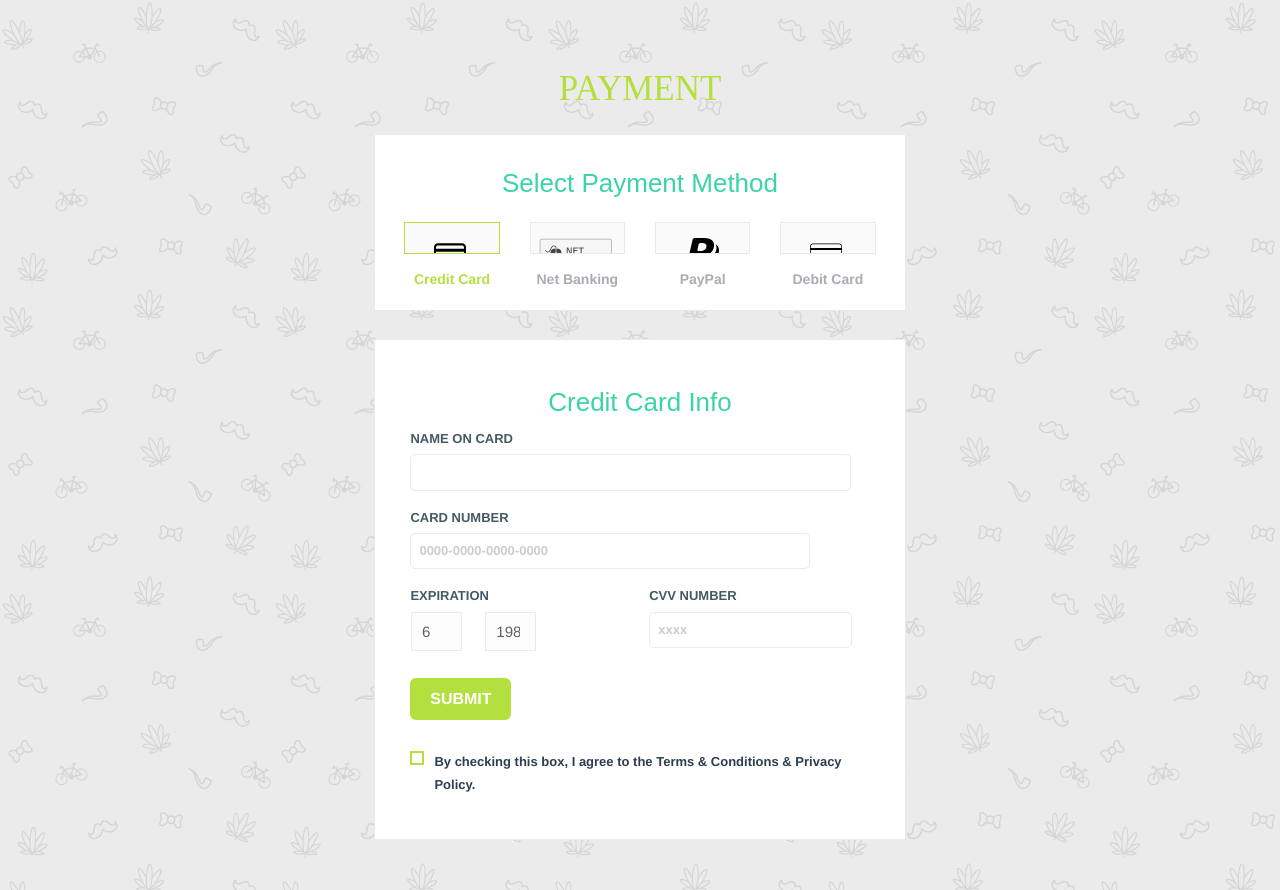
Repository: abinbabu/project-1-final
Page: http://localhost/shoppingcartfront/WEB-INF/views/lastpage.jsp
An editor plug-in stored every save of this project. The page is shown before and after the next save, followed by the edit.
The browser window is 1280 px wide. The pictures show the whole page.
Some web fonts or font styles are not loaded; a fallback is used. The page is served by Tomcat 9. Nobody is signed in. Other server files are loaded and not shown. The template is opened directly, without the code that normally fills it, so the values that code supplies are empty.

Above is the page before, as saved 2016-08-21 09:33:17.

### final complete/shoppingcartfront/src/main/webapp/WEB-INF/views/lastpage.jsp
<%@ page language="java" contentType="text/html; charset=ISO-8859-1"
    pageEncoding="ISO-8859-1"%>
    <%@ taglib prefix="spring" uri="http://www.springframework.org/tags"%>
<%@ taglib uri="http://java.sun.com/jsp/jstl/core" prefix="c"%>
<!DOCTYPE html PUBLIC "-//W3C//DTD HTML 4.01 Transitional//EN" "http://www.w3.org/TR/html4/loose.dtd">
<html>
<head>
<meta http-equiv="Content-Type" content="text/html; charset=ISO-8859-1">
<link href="<c:url value="/resources/css/style.css" />"
	rel="stylesheet">
	<link href='//fonts.googleapis.com/css?family=Fugaz+One' rel='stylesheet' type='text/css'>
<link href='//fonts.googleapis.com/css?family=Alegreya+Sans:400,100,100italic,300,300italic,400italic,500,500italic,700,700italic,800,800italic,900,900italic' rel='stylesheet' type='text/css'>
<link href='//fonts.googleapis.com/css?family=Open+Sans:400,300,300italic,400italic,600,600italic,700,700italic,800,800italic' rel='stylesheet' type='text/css'>
<script src="<c:url value="/resources/js/jquery.min.js" />"></script>

  <meta name="viewport" content="width=device-width, initial-scale=1">
  <link rel="stylesheet" href="http://maxcdn.bootstrapcdn.com/bootstrap/3.3.7/css/bootstrap.min.css">
  <script src="https://ajax.googleapis.com/ajax/libs/jquery/1.12.4/jquery.min.js"></script>
  <script src="http://maxcdn.bootstrapcdn.com/bootstrap/3.3.7/js/bootstrap.min.js"></script>
<title>payment</title>
</head>
<body>
<div class="main">
		<h1>Payment</h1>
		<div class="content">

			<script src="<c:url value="/resources/js/easyResponsiveTabs.js" />" type="text/javascript"></script>
					<script type="text/javascript">
						$(document).ready(function () {
							$('#horizontalTab').easyResponsiveTabs({
								type: 'default', //Types: default, vertical, accordion
								width: 'auto', //auto or any width like 600px
								fit: true   // 100% fit in a container
							});
						});

					</script>
						<div class="sap_tabs">
							<div id="horizontalTab" style="display: block; width: 100%; margin: 0px;">
								<div class="pay-tabs">
									<h2>Select Payment Method</h2>
									  <ul class="resp-tabs-list">
										  <li class="resp-tab-item" aria-controls="tab_item-0" role="tab"><span><label class="pic1"></label>Credit Card</span></li>
										  <li class="resp-tab-item" aria-controls="tab_item-1" role="tab"><span><label class="pic3"></label>Net Banking</span></li>
										  <li class="resp-tab-item" aria-controls="tab_item-2" role="tab"><span><label class="pic4"></label>PayPal</span></li>
										  <li class="resp-tab-item" aria-controls="tab_item-3" role="tab"><span><label class="pic2"></label>Debit Card</span></li>
										  <div class="clear"></div>
									  </ul>
								</div>
								<div class="resp-tabs-container">
									<div class="tab-1 resp-tab-content" aria-labelledby="tab_item-0">
										<div class="payment-info">

											<h3 class="pay-title">Credit Card Info</h3>
											<form>
												<div class="tab-for">
													<h5>NAME ON CARD</h5>
														<input type="text" value="">
													<h5>CARD NUMBER</h5>
														<input class="pay-logo" type="text" value="0000-0000-0000-0000" onfocus="this.value = '';" onblur="if (this.value == '') {this.value = '0000-0000-0000-0000';}" required="">
												</div>
												<div class="transaction">
													<div class="tab-form-left user-form">
														<h5>EXPIRATION</h5>
															<ul>
																<li>
																	<input type="number" class="text_box" type="text" value="6" min="1" />
																</li>
																<li>
																	<input type="number" class="text_box" type="text" value="1988" min="1" />
																</li>

															</ul>
													</div>
													<div class="tab-form-right user-form-rt">
														<h5>CVV NUMBER</h5>
														<input type="text" value="xxxx" onfocus="this.value = '';" onblur="if (this.value == '') {this.value = 'xxxx';}" required="">
													</div>
													<div class="clear"></div>
												</div>
												<input type="submit" value="SUBMIT" class="btn btn-info btn-lg" data-toggle="modal" data-target="#myModal">
											</form>
											<div class="single-bottom">
													<ul>
														<li>
															<input type="checkbox"  id="brand" value="">
															<label for="brand"><span></span>By checking this box, I agree to the Terms & Conditions & Privacy Policy.</label>
														</li>
													</ul>
											</div>
										</div>
									</div>
									<div class="tab-1 resp-tab-content" aria-labelledby="tab_item-1">
										<div class="payment-info">
											<h3>Net Banking</h3>
											<div class="radio-btns">
												<div class="swit">
													<div class="check_box"> <div class="radio"> <label><input type="radio" name="radio" checked=""><i></i>Andhra Bank</label> </div></div>
													<div class="check_box"> <div class="radio"> <label><input type="radio" name="radio"><i></i>Allahabad Bank</label> </div></div>
													<div class="check_box"> <div class="radio"> <label><input type="radio" name="radio"><i></i>Bank of Baroda</label> </div></div>
													<div class="check_box"> <div class="radio"> <label><input type="radio" name="radio"><i></i>Canara Bank</label> </div></div>
													<div class="check_box"> <div class="radio"> <label><input type="radio" name="radio"><i></i>IDBI Bank</label> </div></div>
													<div class="check_box"> <div class="radio"> <label><input type="radio" name="radio"><i></i>Icici Bank</label> </div></div>
													<div class="check_box"> <div class="radio"> <label><input type="radio" name="radio"><i></i>Indian Overseas Bank</label> </div></div>
													<div class="check_box"> <div class="radio"> <label><input type="radio" name="radio"><i></i>Punjab National Bank</label> </div></div>
													<div class="check_box"> <div class="radio"> <label><input type="radio" name="radio"><i></i>South Indian Bank</label> </div></div>
													<div class="check_box"> <div class="radio"> <label><input type="radio" name="radio"><i></i>State Bank Of India</label> </div></div>
												</div>
												<div class="swit">
													<div class="check_box"> <div class="radio"> <label><input type="radio" name="radio" checked=""><i></i>City Union Bank</label> </div></div>
													<div class="check_box"> <div class="radio"> <label><input type="radio" name="radio"><i></i>HDFC Bank</label> </div></div>
													<div class="check_box"> <div class="radio"> <label><input type="radio" name="radio"><i></i>IndusInd Bank</label> </div></div>
													<div class="check_box"> <div class="radio"> <label><input type="radio" name="radio"><i></i>Syndicate Bank</label> </div></div>
													<div class="check_box"> <div class="radio"> <label><input type="radio" name="radio"><i></i>Deutsche Bank</label> </div></div>
													<div class="check_box"> <div class="radio"> <label><input type="radio" name="radio"><i></i>Corporation Bank</label> </div></div>
													<div class="check_box"> <div class="radio"> <label><input type="radio" name="radio"><i></i>UCO Bank</label> </div></div>
													<div class="check_box"> <div class="radio"> <label><input type="radio" name="radio"><i></i>Indian Bank</label> </div></div>
													<div class="check_box"> <div class="radio"> <label><input type="radio" name="radio"><i></i>Federal Bank</label> </div></div>
													<div class="check_box"> <div class="radio"> <label><input type="radio" name="radio"><i></i>ING Vysya Bank</label> </div></div>
												</div>
												<div class="clear"></div>
											</div>
											<a href="#">Continue</a>
										</div>
									</div>
									<div class="tab-1 resp-tab-content" aria-labelledby="tab_item-2">
										<div class="payment-info">
											<h3>PayPal</h3>
											<h4>Already Have A PayPal Account?</h4>
											<div class="login-tab">
												<div class="user-login">
													<h2>Login</h2>

													<form>
														<input type="text" value="name@email.com" onfocus="this.value = '';" onblur="if (this.value == '') {this.value = 'name@email.com';}" required="">
														<input type="password" value="PASSWORD" onfocus="this.value = '';" onblur="if (this.value == '') {this.value = 'PASSWORD';}" required="">
															<div class="user-grids">
																<div class="user-left">
																	<div class="single-bottom">
																			<ul>
																				<li>
																					<input type="checkbox"  id="brand1" value="">
																					<label for="brand1"><span></span>Remember me?</label>
																				</li>
																			</ul>
																	</div>
																</div>
																<div class="user-right">
																	<input type="submit" value="LOGIN">
																</div>
																<div class="clear"></div>
															</div>
													</form>
												</div>
											</div>
										</div>
									</div>
									<div class="tab-1 resp-tab-content" aria-labelledby="tab_item-3">
										<div class="payment-info">

											<h3 class="pay-title">Dedit Card Info</h3>
											<form>
												<div class="tab-for">
													<h5>NAME ON CARD</h5>
														<input type="text" value="">
													<h5>CARD NUMBER</h5>
														<input class="pay-logo" type="text" value="0000-0000-0000-0000" onfocus="this.value = '';" onblur="if (this.value == '') {this.value = '0000-0000-0000-0000';}" required="">
												</div>
												<div class="transaction">
													<div class="tab-form-left user-form">
														<h5>EXPIRATION</h5>
															<ul>
																<li>
																	<input type="number" class="text_box" type="text" value="6" min="1" />
																</li>
																<li>
																	<input type="number" class="text_box" type="text" value="1988" min="1" />
																</li>

															</ul>
													</div>
													<div class="tab-form-right user-form-rt">
														<h5>CVV NUMBER</h5>
														<input type="text" value="xxxx" onfocus="this.value = '';" onblur="if (this.value == '') {this.value = 'xxxx';}" required="">
													</div>
													<div class="clear"></div>
												</div>
												<input type="submit" value="SUBMIT">
											</form>
											<div class="single-bottom">
													<ul>
														<li>
															<input type="checkbox"  id="brand" value="">
															<label for="brand"><span></span>By checking this box, I agree to the Terms & Conditions & Privacy Policy.</label>
														</li>
													</ul>
											</div>
										</div>
									</div>
								</div>
							</div>
						</div>

		</div>
		</div>

</body>
</html>

Loaded but not shown: final complete/shoppingcartfront/src/main/webapp/resources/css/style.css (common file); final complete/shoppingcartfront/src/main/webapp/resources/js/jquery.min.js (library); final complete/shoppingcartfront/src/main/webapp/resources/js/easyResponsiveTabs.js (common file)

After the next save:
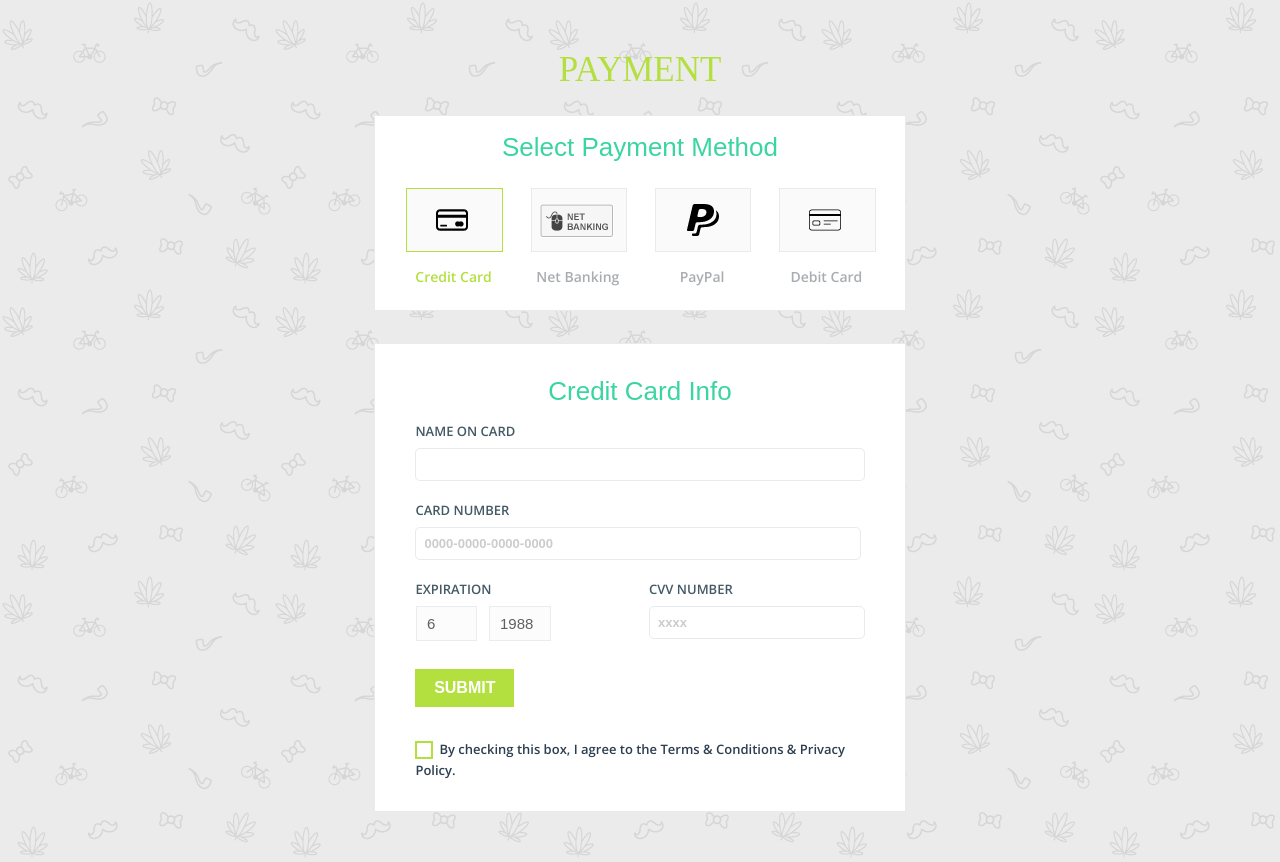
Saved 41 s later.
--- a/final complete/shoppingcartfront/src/main/webapp/WEB-INF/views/lastpage.jsp
+++ b/final complete/shoppingcartfront/src/main/webapp/WEB-INF/views/lastpage.jsp
@@ -13,10 +13,7 @@
 <link href='//fonts.googleapis.com/css?family=Open+Sans:400,300,300italic,400italic,600,600italic,700,700italic,800,800italic' rel='stylesheet' type='text/css'>
 <script src="<c:url value="/resources/js/jquery.min.js" />"></script>
 
-  <meta name="viewport" content="width=device-width, initial-scale=1">
-  <link rel="stylesheet" href="http://maxcdn.bootstrapcdn.com/bootstrap/3.3.7/css/bootstrap.min.css">
-  <script src="https://ajax.googleapis.com/ajax/libs/jquery/1.12.4/jquery.min.js"></script>
-  <script src="http://maxcdn.bootstrapcdn.com/bootstrap/3.3.7/js/bootstrap.min.js"></script>
+
 <title>payment</title>
 </head>
 <body>
@@ -78,7 +75,7 @@
 													</div>
 													<div class="clear"></div>
 												</div>
-												<input type="submit" value="SUBMIT" class="btn btn-info btn-lg" data-toggle="modal" data-target="#myModal">
+												<input type="submit" value="SUBMIT">
 											</form>
 											<div class="single-bottom">
 													<ul>
@@ -203,6 +200,5 @@
 
 		</div>
 		</div>
-
 </body>
 </html>
